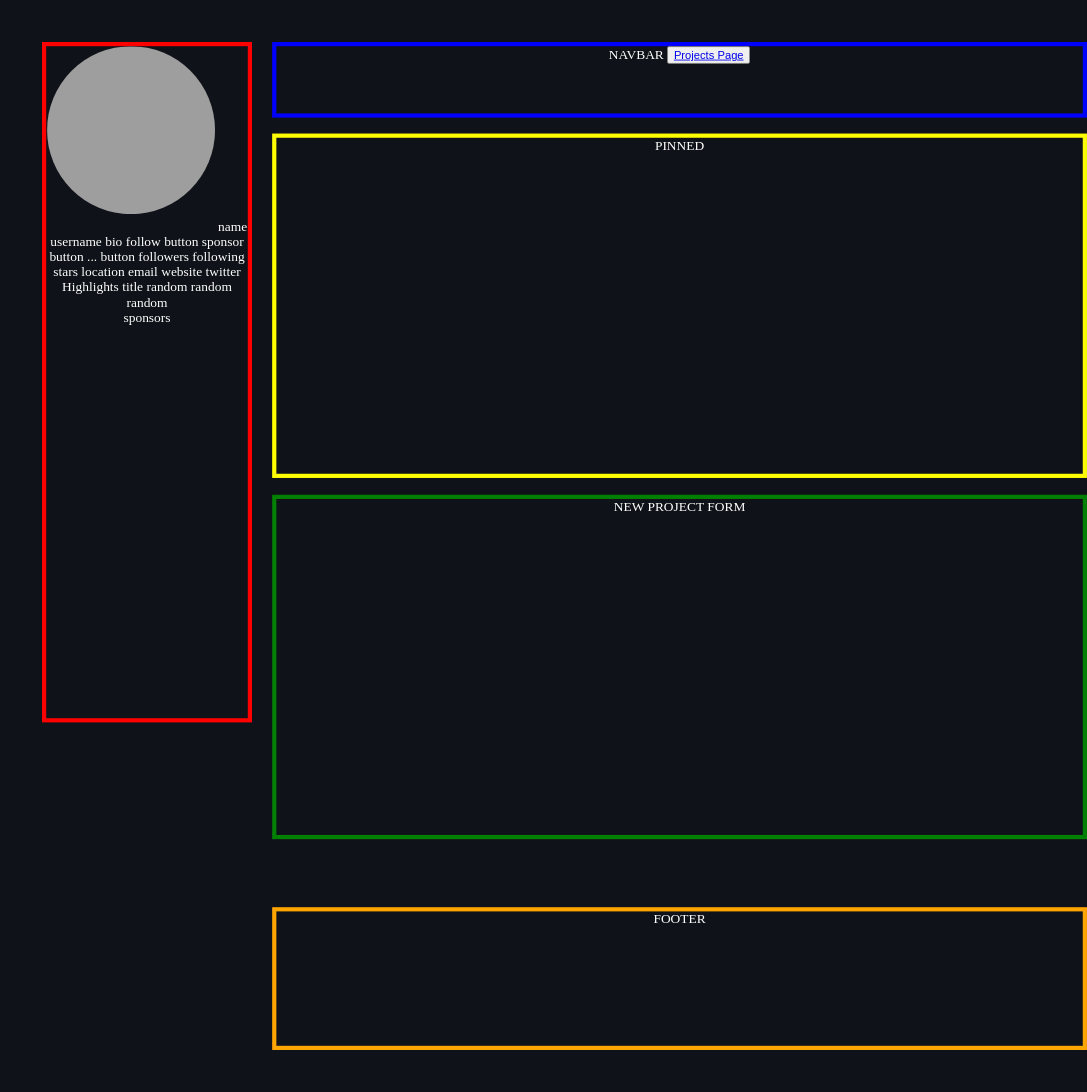
Repository: nss-evening-cohort-28/nss-evening-cohort-28-classroom-gitsub-Q1-project-gitsub
Page: index.html
These files come from the project's save history. The page is drawn as it stood at one moment and after the next save; the edit follows.
The browser window is 1280 px wide. The page is 1294 px wide, so the pictures cover 1294 px, including what lies to the right of the window. The pictures show the whole page, at 84% of full size.
Pictures or frames that could not be fetched are drawn as grey boxes.

Above is the page before, as saved 2024-08-07 19:21:12.

After the next save:
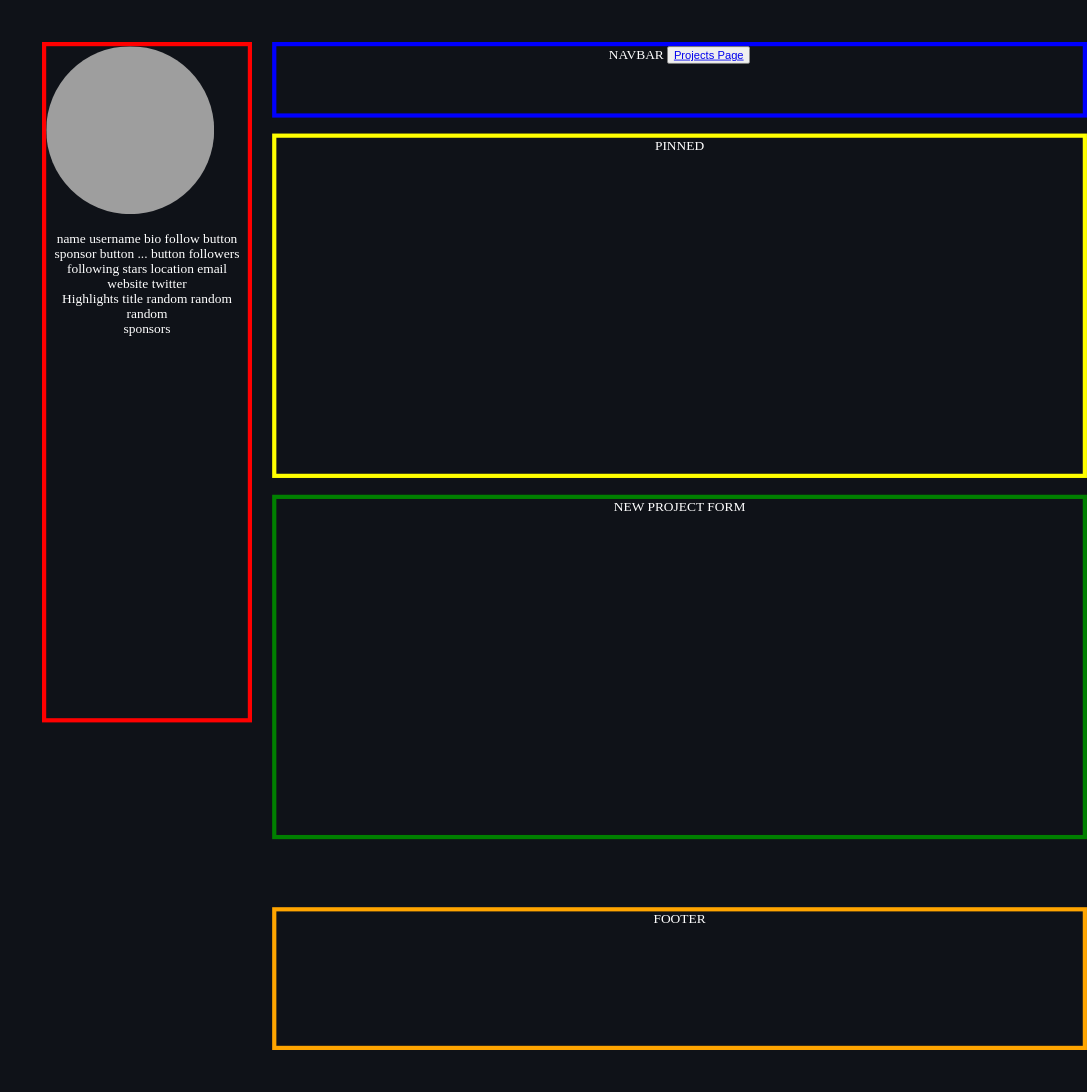
Saved 56 s later.
--- a/main.css
+++ b/main.css
@@ -58,6 +58,9 @@
 /* Noah Styling: Profile Section Start*/
 
 .card-img-top {
+    display: flex;
+    flex-wrap: wrap;
+    justify-content: center;
     border-radius: 50%;
     height: 200px;
     width: 200px;
